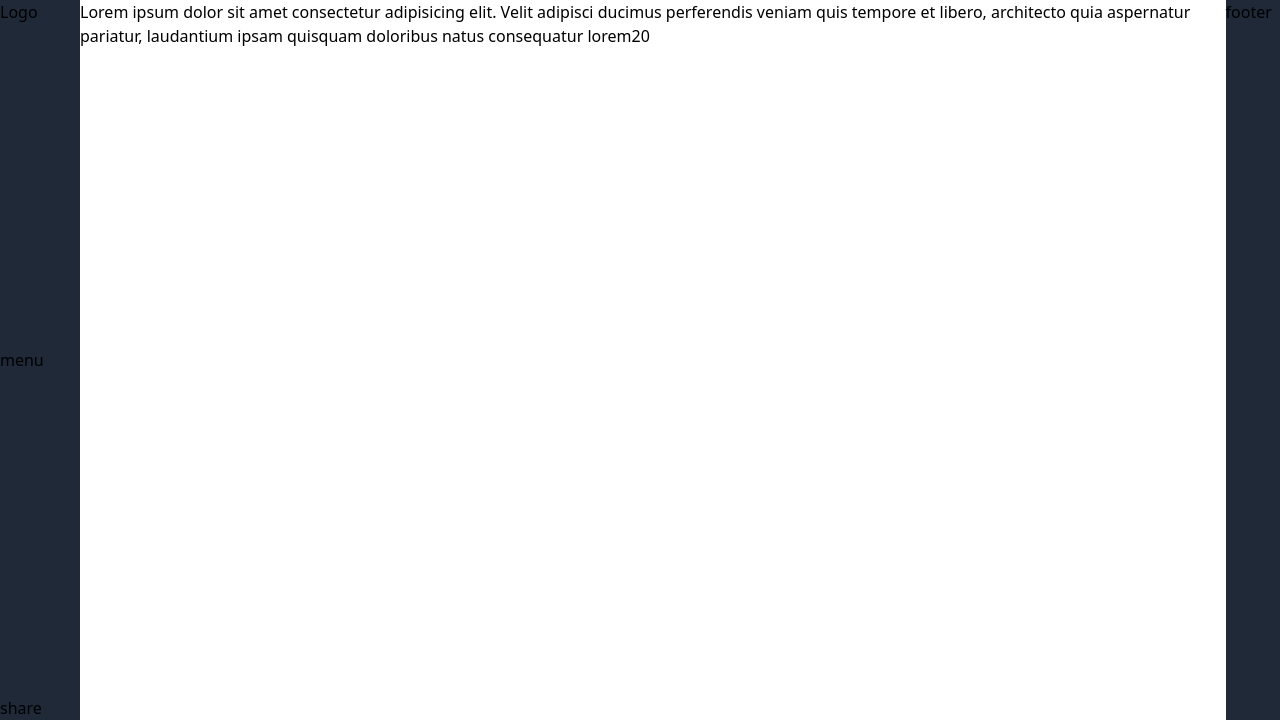
Repository: linco6054/template-tailwindcss
Page: index.html
These files come from the project's save history. The page is drawn as it stood at one moment and after the next save; the edit follows.
The browser window is 1280 px wide. The pictures show the whole page.

Above is the page before, as saved 2021-08-17 13:52:40.

After the next save:
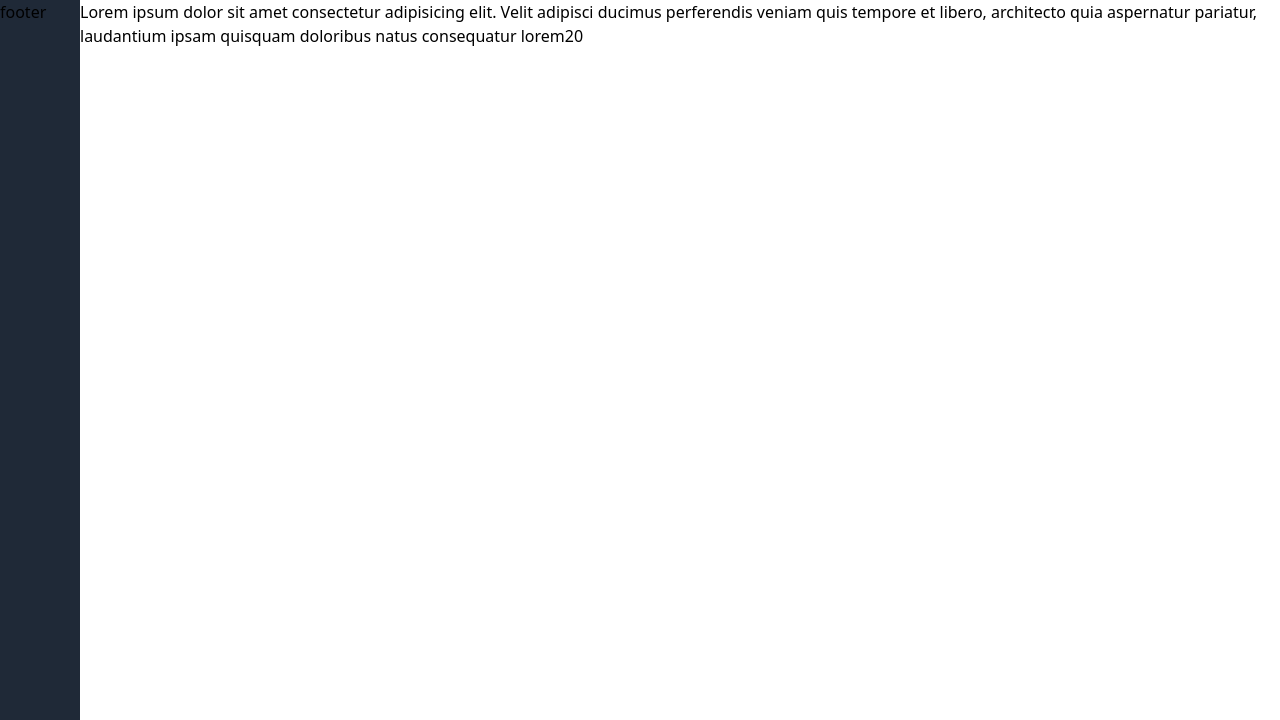
Saved 35 s later.
--- a/index.html
+++ b/index.html
@@ -45,7 +45,14 @@
       aspernatur pariatur, laudantium ipsam quisquam doloribus natus consequatur
       lorem20
     </div>
-    <footer class="md:min-h-screen bg-gray-800 sm:w-full md:w-20">
+    <footer class="   fixed
+        top-0
+        sm:h-14
+        md:min-h-screen
+        bg-gray-800
+        md:w-20
+        flex
+        md:flex-col md:justify-between">
       footer
     </footer>
   </body>

After the 2 saves that followed:
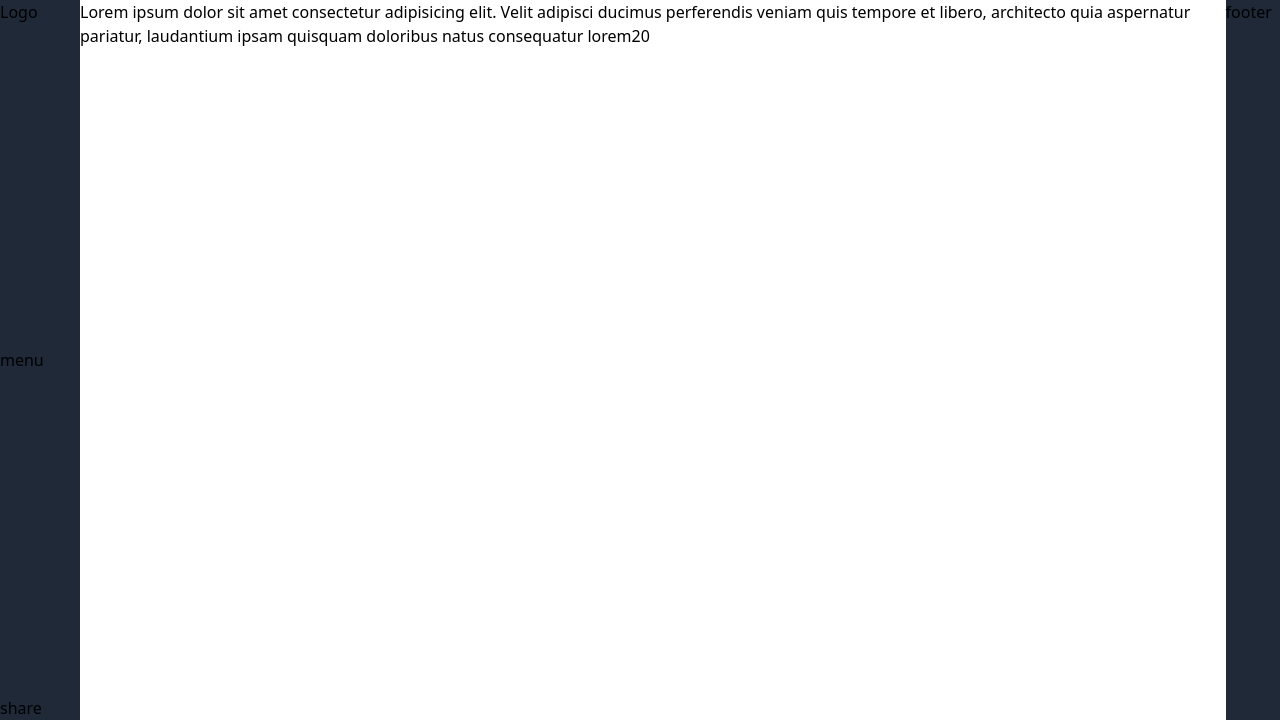
The 2 saves are shown as one change because they came seconds apart.
The last was saved 7 s later.
--- a/index.html
+++ b/index.html
@@ -45,14 +45,16 @@
       aspernatur pariatur, laudantium ipsam quisquam doloribus natus consequatur
       lorem20
     </div>
-    <footer class="   fixed
-        top-0
+    <footer
+      class="
         sm:h-14
         md:min-h-screen
         bg-gray-800
         md:w-20
         flex
-        md:flex-col md:justify-between">
+        md:flex-col md:justify-between
+      "
+    >
       footer
     </footer>
   </body>
